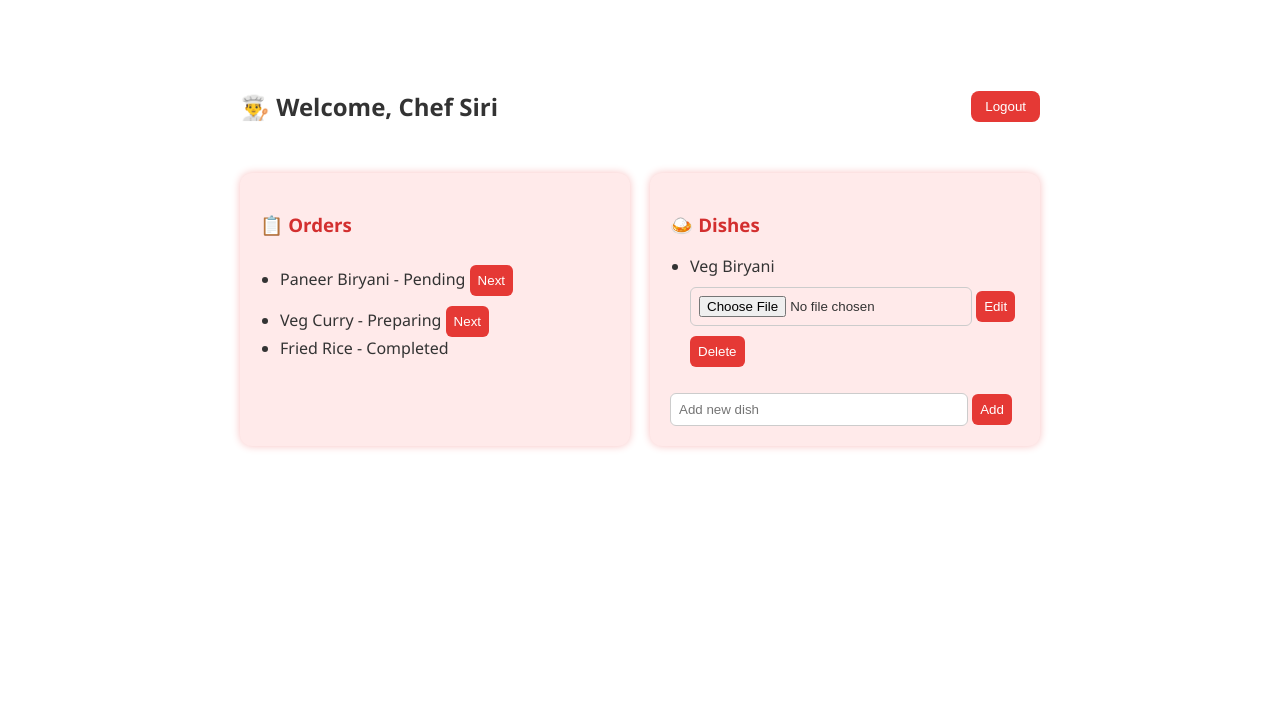
Repository: 1Siri7/chef
Page: dashboard.html
The author's editor kept a copy of each file at every save. The page is drawn from the files as they stood at one save, then again after a run of saves.
The browser window is 1280 px wide. The pictures show the whole page.

Above is the page before, as saved 2025-07-27 19:45:55.

After the next 2 saves:
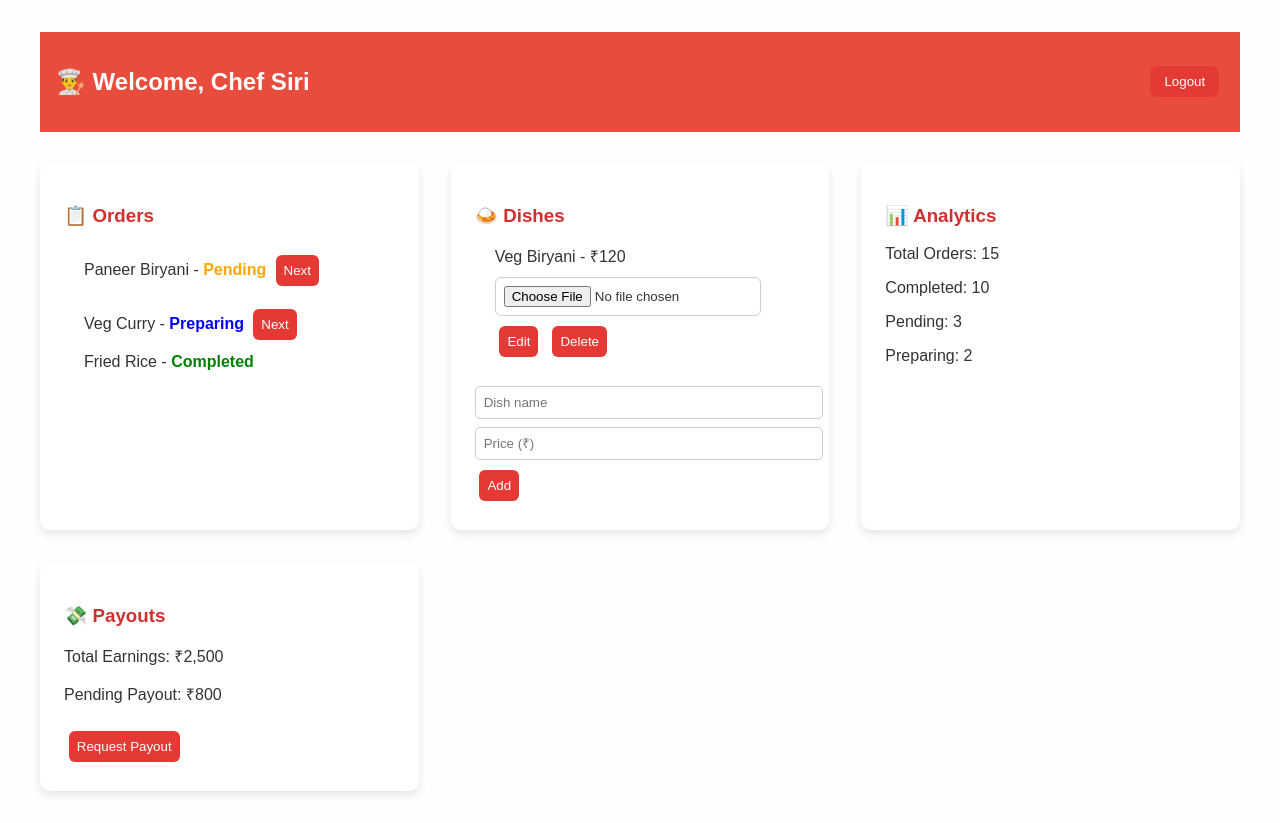
The 2 saves are shown as one change because they came seconds apart.
The last was saved 2 min 35 s later.
--- a/dashboard.html
+++ b/dashboard.html
@@ -4,6 +4,22 @@
   <meta charset="UTF-8">
   <title>Chef Dashboard - Zavoryaf</title>
   <link rel="stylesheet" href="style.css">
+  <style>
+    body { font-family: Arial, sans-serif; margin: 0; padding: 0; background-color: #fefefe; }
+    header { background-color: #e74c3c; color: white; padding: 1rem; display: flex; justify-content: space-between; align-items: center; }
+    .dashboard-container { max-width: 1200px; margin: auto; padding: 2rem; }
+    .dashboard { display: grid; grid-template-columns: repeat(auto-fit, minmax(300px, 1fr)); gap: 2rem; }
+    .card { background: white; padding: 1.5rem; border-radius: 10px; box-shadow: 0 4px 8px rgba(0,0,0,0.1); }
+    .status { font-weight: bold; }
+    .pending { color: orange; }
+    .preparing { color: blue; }
+    .completed { color: green; }
+    button { background: #e74c3c; color: white; border: none; padding: 0.5rem 1rem; margin: 0.3rem; border-radius: 5px; cursor: pointer; }
+    button:hover { background: #c0392b; }
+    input[type="text"], input[type="number"] { width: 100%; padding: 0.5rem; margin-top: 0.5rem; border: 1px solid #ccc; border-radius: 5px; }
+    ul { list-style-type: none; padding: 0; }
+    li { margin: 0.5rem 0; }
+  </style>
 </head>
 <body>
   <div class="dashboard-container">
@@ -28,14 +44,32 @@
         <h3>🍛 Dishes</h3>
         <ul id="dishList">
           <li>
-            Veg Biryani
+            Veg Biryani - ₹120
             <input type="file" onchange="previewImage(this)">
             <button onclick="editDish(this)">Edit</button>
             <button onclick="deleteDish(this)">Delete</button>
           </li>
         </ul>
-        <input type="text" id="newDish" placeholder="Add new dish" />
+        <input type="text" id="newDish" placeholder="Dish name" />
+        <input type="number" id="dishPrice" placeholder="Price (₹)" />
         <button onclick="addDish()">Add</button>
+      </div>
+
+      <!-- Analytics Section -->
+      <div class="card">
+        <h3>📊 Analytics</h3>
+        <p>Total Orders: 15</p>
+        <p>Completed: 10</p>
+        <p>Pending: 3</p>
+        <p>Preparing: 2</p>
+      </div>
+
+      <!-- Payout Section -->
+      <div class="card">
+        <h3>💸 Payouts</h3>
+        <p>Total Earnings: ₹2,500</p>
+        <p>Pending Payout: ₹800</p>
+        <button>Request Payout</button>
       </div>
     </section>
   </div>
@@ -46,15 +80,18 @@
     }
 
     function addDish() {
-      const input = document.getElementById("newDish");
-      const dish = input.value.trim();
-      if (dish) {
+      const nameInput = document.getElementById("newDish");
+      const priceInput = document.getElementById("dishPrice");
+      const dish = nameInput.value.trim();
+      const price = priceInput.value.trim();
+      if (dish && price) {
         const li = document.createElement("li");
-        li.innerHTML = `${dish} <input type='file' onchange='previewImage(this)'>
+        li.innerHTML = `${dish} - ₹${price} <input type='file' onchange='previewImage(this)'>
                         <button onclick='editDish(this)'>Edit</button>
                         <button onclick='deleteDish(this)'>Delete</button>`;
         document.getElementById("dishList").appendChild(li);
-        input.value = "";
+        nameInput.value = "";
+        priceInput.value = "";
       }
     }
 
@@ -64,10 +101,15 @@
 
     function editDish(btn) {
       const li = btn.parentElement;
-      const currentName = li.childNodes[0].nodeValue.trim();
+      const textParts = li.firstChild.textContent.split(" - ₹");
+      const currentName = textParts[0].trim();
+      const currentPrice = textParts[1]?.trim() || "";
       const newName = prompt("Edit dish name:", currentName);
-      if (newName) {
-        li.childNodes[0].nodeValue = newName + " ";
+      const newPrice = prompt("Edit dish price:", currentPrice);
+      if (newName && newPrice) {
+        li.innerHTML = `${newName} - ₹${newPrice} <input type='file' onchange='previewImage(this)'>
+                        <button onclick='editDish(this)'>Edit</button>
+                        <button onclick='deleteDish(this)'>Delete</button>`;
       }
     }
 
